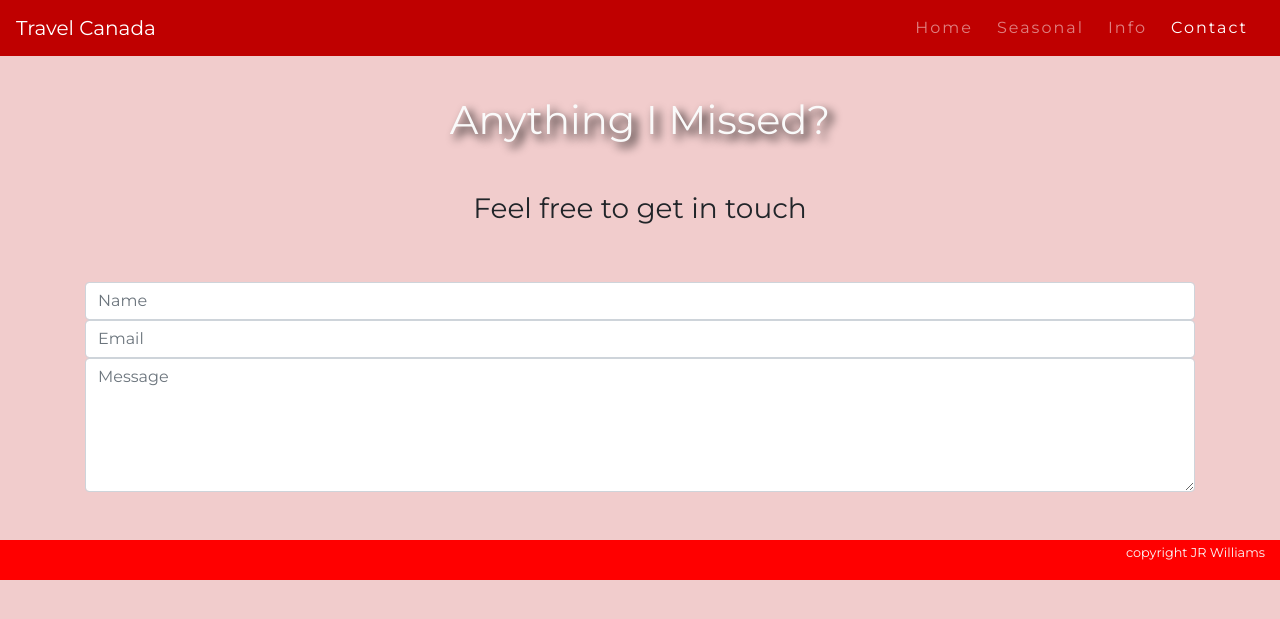
Repository: JonWil91/Travel-Canada
Page: contact.html
The author's editor kept a record of every edit. The page is drawn from the files as they stood at one moment, then again after the next edit.
The browser window is 1280 px wide. The pictures show the whole page.
Some web libraries are served in a nearby version.

Above is the page before.

After the next edit:
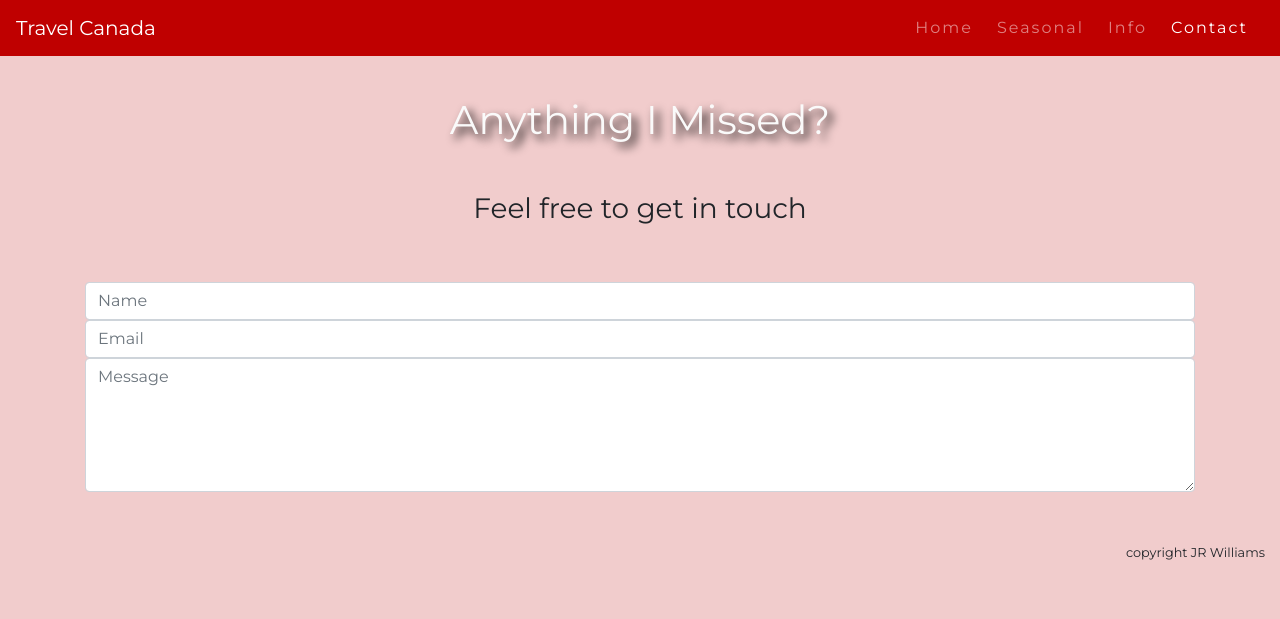
The edit:
--- a/contact.html
+++ b/contact.html
@@ -76,7 +76,7 @@
 
         <!-- footer -->
 
-        <div class=" container-fluid footer ">
+        <div class=" container-fluid footer-contact ">
             <div class="row ">
                 <div class="col-12 ">
                     <p class="ml-auto "><small>copyright JR Williams</small></p>
